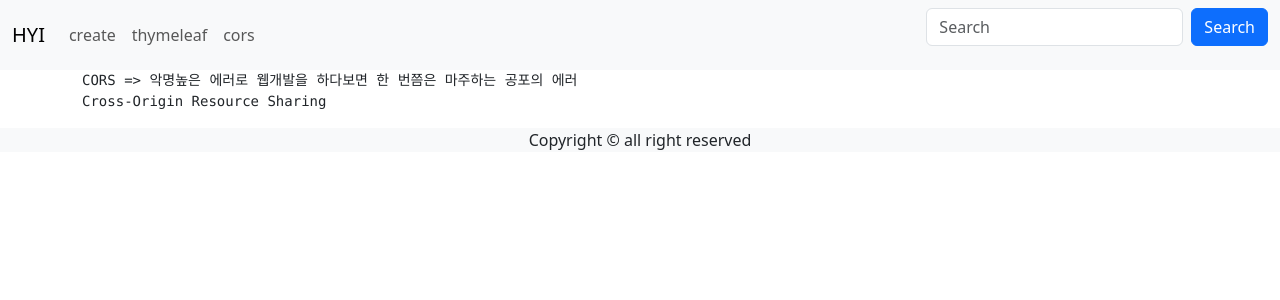
Repository: anakyn01/boot
Page: http://localhost/new/cors
The author's editor kept a copy of each file at every save. The page is drawn from the files as they stood at one save, then again after the next save.
The browser window is 1280 px wide. The pictures show the whole page.
The page is this project's Thymeleaf template; nobody is signed in. The template is opened directly, without the code that normally fills it, so the values that code supplies are empty.

Above is the page before, as saved 2024-09-06 00:45:49.

After the next save:
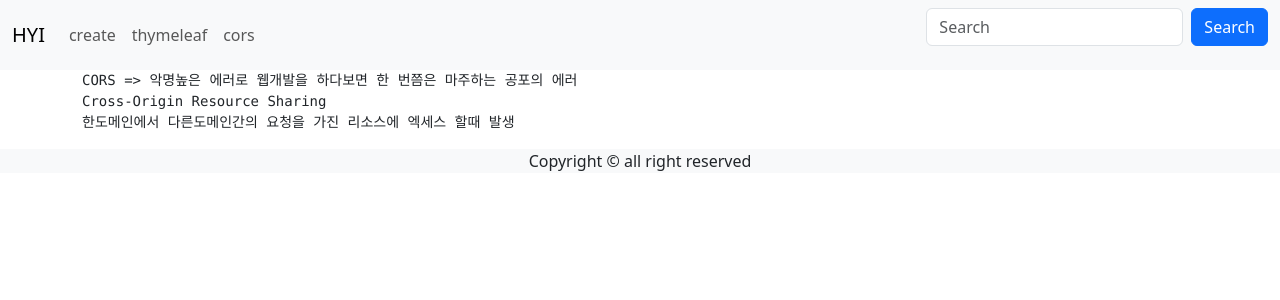
Saved 43 s later.
--- a/onedayboot/src/main/resources/templates/new/cors.html
+++ b/onedayboot/src/main/resources/templates/new/cors.html
@@ -15,6 +15,7 @@
 <pre>
 CORS => 악명높은 에러로 웹개발을 하다보면 한 번쯤은 마주하는 공포의 에러
 Cross-Origin Resource Sharing
+한도메인에서 다른도메인간의 요청을 가진 리소스에 엑세스 할때 발생
 </pre>
 </div>
 </div>
